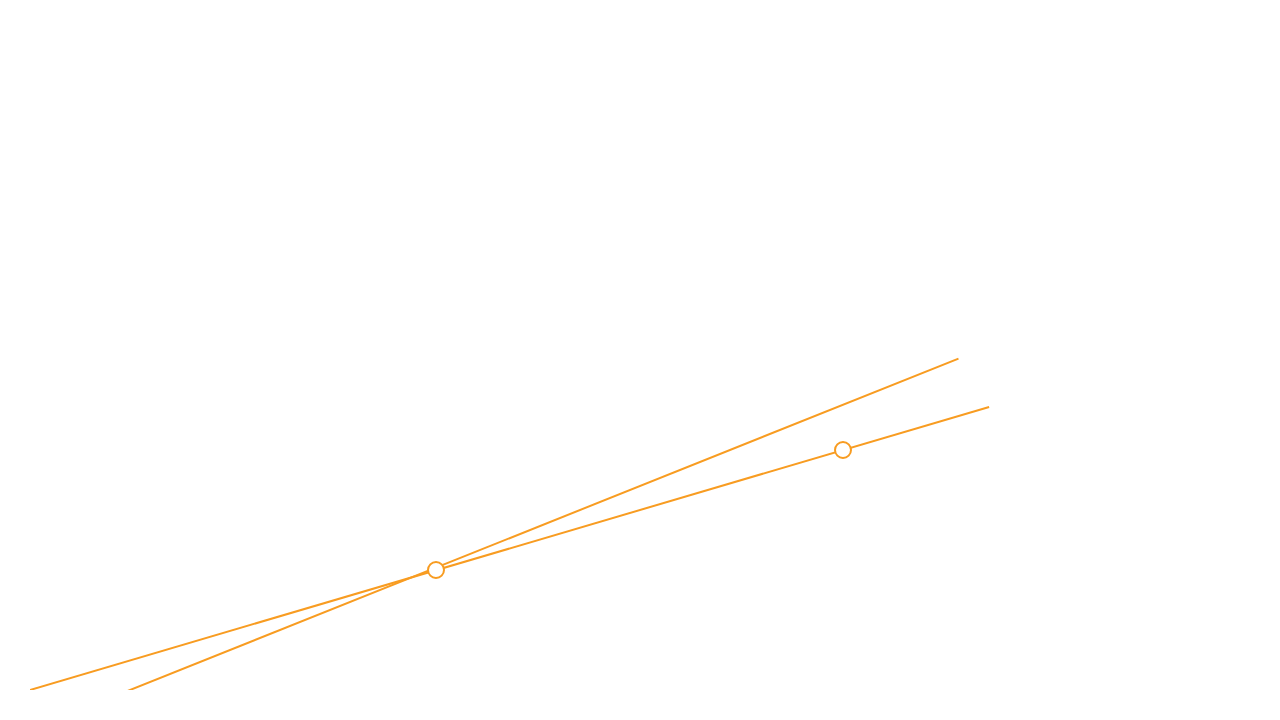
Repository: alinlinbo/yanling-resume-site
Page: svg.html
The author's editor kept a copy of each file at every save. The page is drawn from the files as they stood at one save, then again after the next save.
The browser window is 1280 px wide. The pictures show the whole page.

Above is the page before, as saved 2023-09-22 17:40:27.

### svg.html
<!DOCTYPE html>
<html lang="en">

<head>
    <meta charset="UTF-8">
    <meta name="viewport" content="width=device-width, initial-scale=1.0">
    <title>svg</title>

</head>
<style>
    * {
        margin: 0;
        padding: 0;
        box-sizing: border-box;
    }

    .content {
        width: 100%;
        height: 100vh;
        display: flex;
        justify-content: center;
        align-items: end;
        padding: 30px;
    }

    svg {
        width: 100%;
        height: 50vh;
    }
    .d-none {
        display: none;
    }

    .line {
        stroke-dasharray: 1000;
        stroke-dashoffset: 2000;
        animation: draw 2s linear forwards;
    }


    @keyframes draw {
        to {
            stroke-dashoffset: 0;
        }
    }
</style>

<body>
    <div class="content">
        <svg>
            <!-- 三段直线 -->
            <path class="line" id="line" d="" stroke="#F89C21" stroke-width="2" fill="none" />
            <path class="line" d="M 0 400 L 1000 0" stroke="#F89C21" stroke-width="2" fill="none" />
            <!-- 两个间隔小圆点 -->
            <circle class="d-none" id="c1" cx="200" cy="50" r="8" stroke="#F89C21" stroke-width="2" fill="white" />
            <circle class="d-none" id="c2" cx="100" cy="50" r="8" stroke="#F89C21" stroke-width="2" fill="white" />
        </svg>
    </div>
    <script>
        const line = document.getElementById('line'),
            c1 = document.getElementById('c1'),
            c2 = document.getElementById('c2')

        //获取vw
        const vw = window.innerWidth - 60;
        const vh = window.innerHeight ;
        console.log(vw)
        let d1W = Math.floor(vw / 3),
            d2W = Math.floor(vw * 2 / 3),
            d3W = Math.floor(vw)
        let d1H = Math.floor(vh * 0.5 * 2 / 3),
            d2H = Math.floor(vh * 0.5 / 3)
        console.log(d1H, d2H)
        line.setAttribute('d', `M 0 ${vh * 0.5} L ${d3W} 0`)
        // c1的坐标
        c1.setAttribute('cx', d1W)
        c1.setAttribute('cy', d1H)
        // c2的坐标
        c2.setAttribute('cx', d2W)
        c2.setAttribute('cy', d2H)
        setTimeout(() => {
            c1.classList.remove('d-none')
        }, 900)
        setTimeout(() => {
            c2.classList.remove('d-none')
        }, 1800)
    </script>
</body>

</html>

After the next save:
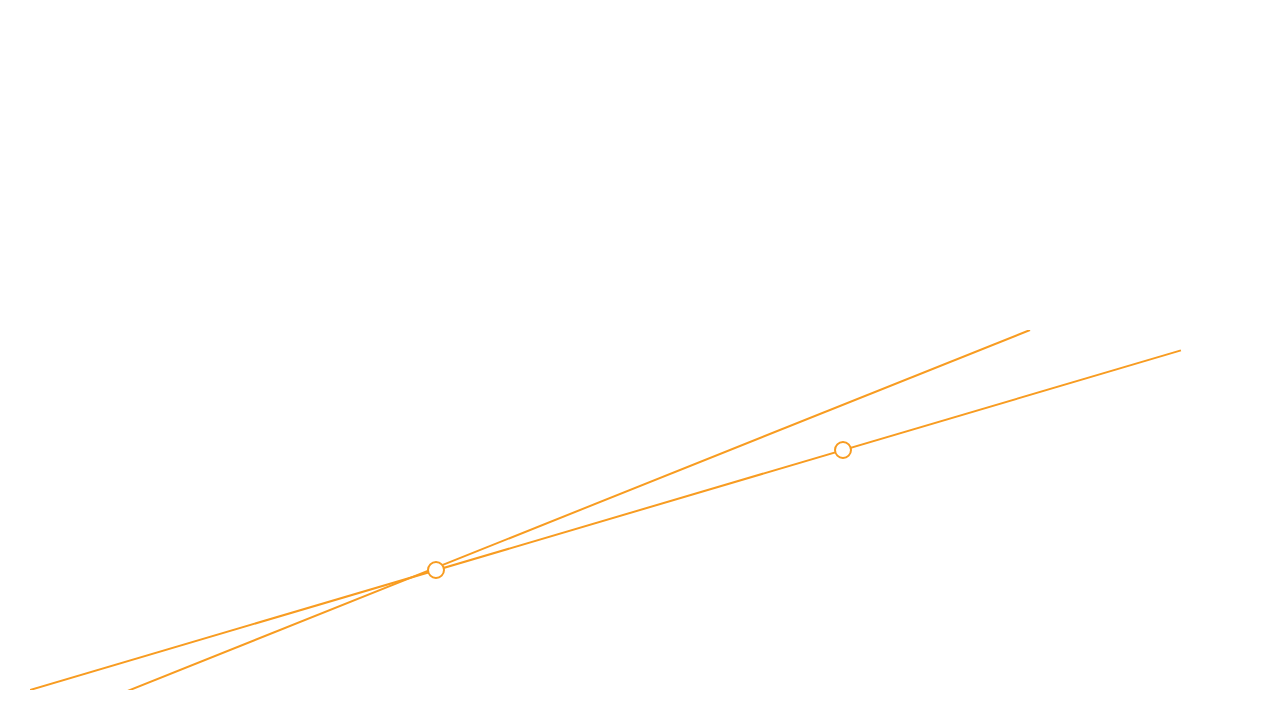
Saved 12 s later.
--- a/svg.html
+++ b/svg.html
@@ -32,7 +32,7 @@
     }
 
     .line {
-        stroke-dasharray: 1000;
+        stroke-dasharray: 1200;
         stroke-dashoffset: 2000;
         animation: draw 2s linear forwards;
     }
